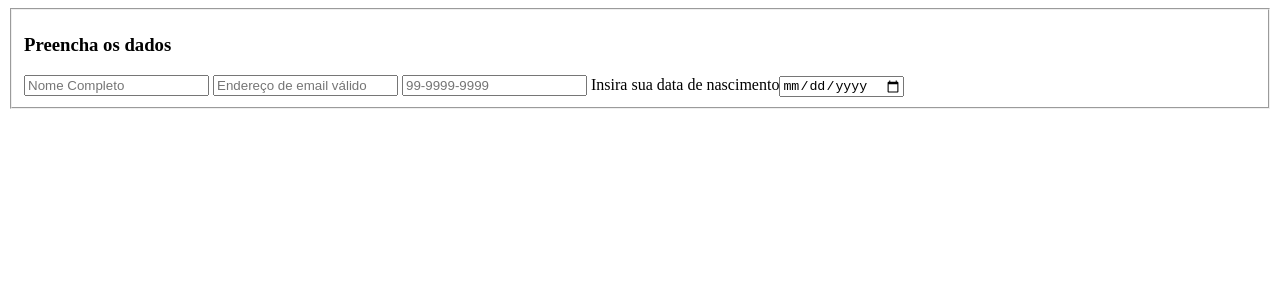
Repository: Leonngc/DEV-COLLEGE
Page: registration.html
These files come from the project's save history. The page is drawn as it stood at one moment and after a run of saves; the edit follows.
The browser window is 1280 px wide. The pictures show the whole page.

Above is the page before, as saved 2023-03-12 13:25:04.

### registration.html
<!DOCTYPE html>
<html lang="pt-br">
<head>
    <meta charset="UTF-8">
    <meta http-equiv="X-UA-Compatible" content="IE=edge">
    <meta name="viewport" content="width=device-width, initial-scale=1.0">
    <title>Matricule-se</title>
</head>
<body>
    <header>

    </header>
    <main>
        <fieldset>
            <h3>Preencha os dados</h3>
            <form action="">
                <input type="text" id="username" required minlength="1" maxlength="99" placeholder="Nome Completo">

                <input type="email" name="emailUser" id="userEmail" required placeholder="Endereço de email válido">

              <label for=""></label>  <input type="tel" name="phone" id="phone" pattern="[0-9]{2}-[0-9]{4}-[0-9]{4}" required maxlength="13" placeholder="99-9999-9999">

                <label for="birthday">Insira sua data de nascimento</label><input type="date" name="" id="birthday">
            </form>
        </fieldset>
    </main>
</body>
</html>

After the next 2 saves:
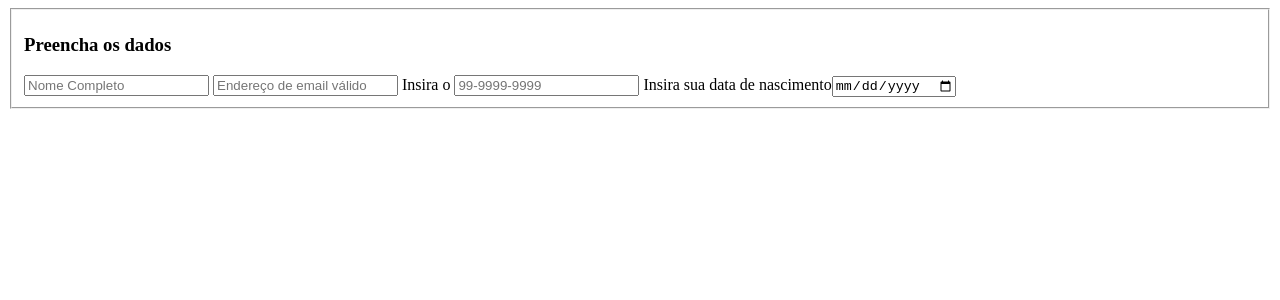
The 2 saves are shown as one change because they came seconds apart.
The last was saved 7 s later.
--- a/registration.html
+++ b/registration.html
@@ -18,7 +18,7 @@
 
                 <input type="email" name="emailUser" id="userEmail" required placeholder="Endereço de email válido">
 
-              <label for=""></label>  <input type="tel" name="phone" id="phone" pattern="[0-9]{2}-[0-9]{4}-[0-9]{4}" required maxlength="13" placeholder="99-9999-9999">
+              <label for="phone">Insira o </label>  <input type="tel" name="phone" id="phone" pattern="[0-9]{2}-[0-9]{4}-[0-9]{4}" required maxlength="13" placeholder="99-9999-9999">
 
                 <label for="birthday">Insira sua data de nascimento</label><input type="date" name="" id="birthday">
             </form>
